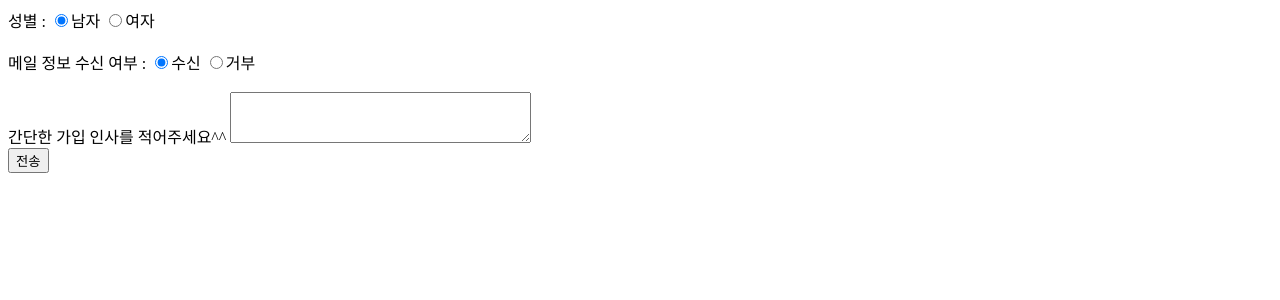
Repository: jianpark83/JSP
Page: http://localhost/web-study-02/08_radio.jsp
An editor plug-in stored every save of this project. The page is shown before and after the next save, followed by the edit.
The browser window is 1280 px wide. The pictures show the whole page.
The page is served by Tomcat 9. Other server files are loaded and not shown.

Above is the page before, as saved 2025-04-02 07:40:10.

### web-study-02/src/main/webapp/08_radio.jsp
<%@ page language="java" contentType="text/html; charset=UTF-8"
    pageEncoding="UTF-8"%>
<!DOCTYPE html>
<html>
<head>
<meta charset="UTF-8">
<title>Insert title here</title>
</head>
<body>
	<form method="get" action="RadioServlet">
		<label for="gender">성별 : </label>
		<input type="radio" id="gender" name="gender" value="남자" checked>남자
		<input type="radio" id="gender" name="gender" value="여자">여자<br><br>

		<label for="chk_mail">메일 정보 수신 여부 : </label>
		<input type="radio" id="chk_mail" name="chk_mail" value="yes" checked>수신
		<input type="radio" id="chk_mail" name="chk_mail" value="no">거부<br><br>

		<label for="content">간단한 가입 인사를 적어주세요^^ </label>
		<textarea id="content" name="content" rows="3" cols="35"></textarea><br>
		<input type="submit" value="전송">
	</form>
</body>
</html>

After the next save:
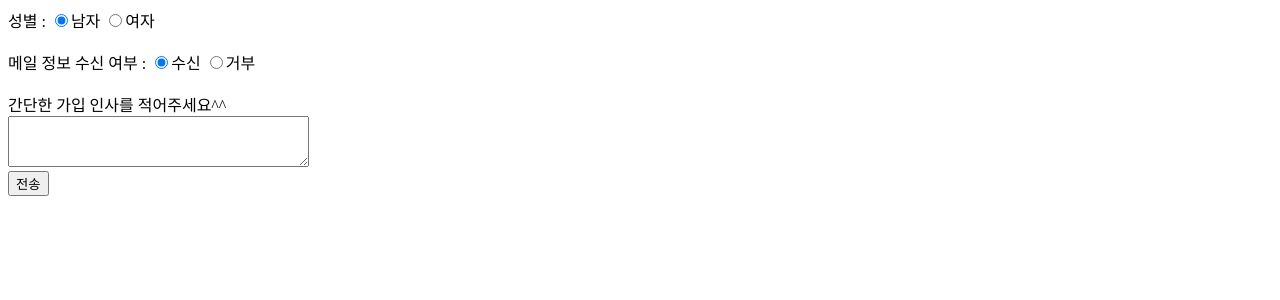
Saved 3 min 9 s later.
--- a/web-study-02/src/main/webapp/08_radio.jsp
+++ b/web-study-02/src/main/webapp/08_radio.jsp
@@ -10,13 +10,15 @@
 	<form method="get" action="RadioServlet">
 		<label for="gender">성별 : </label>
 		<input type="radio" id="gender" name="gender" value="남자" checked>남자
-		<input type="radio" id="gender" name="gender" value="여자">여자<br><br>
+		<input type="radio" id="gender" name="gender" value="여자">여자
+		<br><br>
 
 		<label for="chk_mail">메일 정보 수신 여부 : </label>
 		<input type="radio" id="chk_mail" name="chk_mail" value="yes" checked>수신
-		<input type="radio" id="chk_mail" name="chk_mail" value="no">거부<br><br>
+		<input type="radio" id="chk_mail" name="chk_mail" value="no">거부
+		<br><br>
 
-		<label for="content">간단한 가입 인사를 적어주세요^^ </label>
+		<label for="content">간단한 가입 인사를 적어주세요^^ </label><br>
 		<textarea id="content" name="content" rows="3" cols="35"></textarea><br>
 		<input type="submit" value="전송">
 	</form>
